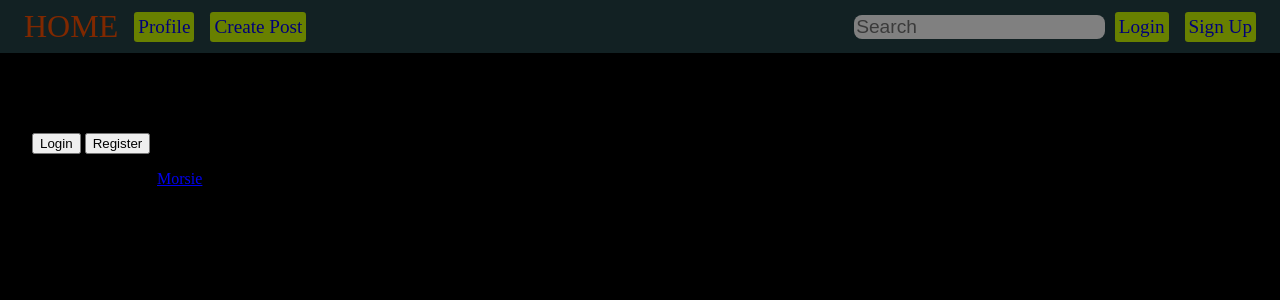
Repository: MorsChen/python-blog
Page: templates/home.html
The author's editor kept a copy of each file at every save. The page is drawn from the files as they stood at one save, then again after the next save.
The browser window is 1280 px wide. The pictures show the whole page.
The page is served by the project's application, run on Flask 3 (default.py). The template is opened directly, without the code that normally fills it, so the values that code supplies are empty.

Above is the page before, as saved 2019-09-09 17:02:33.

After the next save:
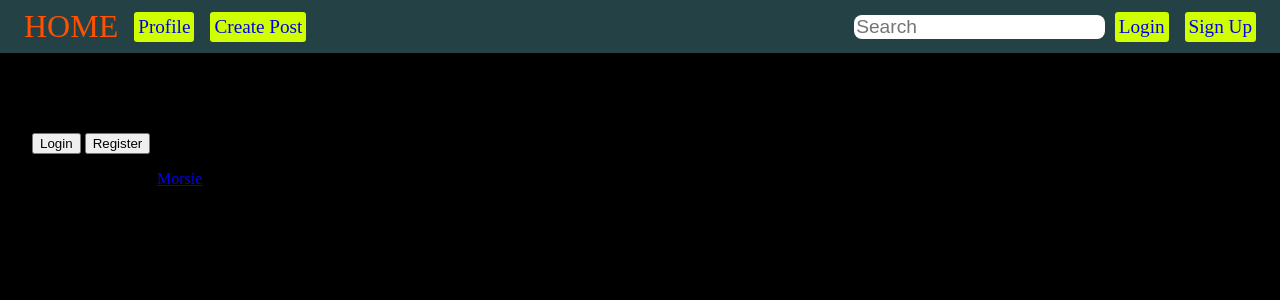
Saved 17 s later.
--- a/static/style.css
+++ b/static/style.css
@@ -14,7 +14,7 @@ body{
     align-items: center;
     align-content: center;
     background-color: rgba(70, 128, 136, 0.514);
-    opacity: 0.5;
+    /* opacity: 0.5; */
     font-size: 3rem;
 }
 
